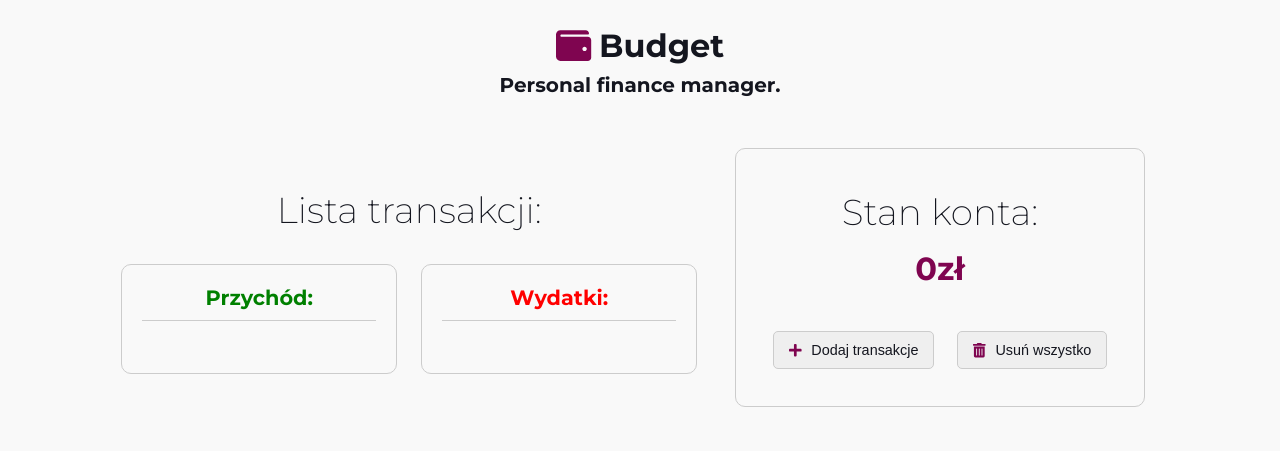
Repository: KrzysKolo/sr_tydzien4_zad4
Page: /
An editor plug-in stored every save of this project. The page is shown before and after the next save, followed by the edit.
The browser window is 1280 px wide. The pictures show the whole page.
Some web libraries are served in a nearby version. The project was rebuilt for these pictures with package versions that can differ from the ones it lists, and the page was loaded fresh each time. Also part of the build but not shown: src/components/budgetComponents/formComponents/Header.js, src/components/budgetComponents/formComponents/ErrorMessage.js, src/components/budgetComponents/formComponents/Input.js, src/components/budgetComponents/formComponents/Select.js.

Above is the page before, as saved 2020-12-03 22:05:48.

### public/index.html
<!DOCTYPE html>
<html lang="en">
  <head>
    <meta charset="utf-8" />
    <link rel="icon" href="%PUBLIC_URL%/favicon.ico" />
    <meta name="viewport" content="width=device-width, initial-scale=1" />
    <meta name="theme-color" content="#000000" />
    <meta
      name="description"
      content="Web site created using create-react-app"
    />
    <link rel="apple-touch-icon" href="%PUBLIC_URL%/logo192.png" />
    <!--
      manifest.json provides metadata used when your web app is installed on a
      user's mobile device or desktop. See https://developers.google.com/web/fundamentals/web-app-manifest/
    -->
    <link rel="manifest" href="%PUBLIC_URL%/manifest.json" />
    <!--
      Notice the use of %PUBLIC_URL% in the tags above.
      It will be replaced with the URL of the `public` folder during the build.
      Only files inside the `public` folder can be referenced from the HTML.

      Unlike "/favicon.ico" or "favicon.ico", "%PUBLIC_URL%/favicon.ico" will
      work correctly both with client-side routing and a non-root public URL.
      Learn how to configure a non-root public URL by running `npm run build`.
    -->
    <link
      href="https://fonts.googleapis.com/css?family=Montserrat:200,400,700&display=swap&subset=latin-ext"
      rel="stylesheet"
    />
    <script
      src="https://kit.fontawesome.com/327a0d490c.js"
      crossorigin="anonymous"
    ></script>
    <title>Budget</title>
  </head>
  <body>
    <noscript>You need to enable JavaScript to run this app.</noscript>
    <div id="root"></div>
    <!--
      This HTML file is a template.
      If you open it directly in the browser, you will see an empty page.

      You can add webfonts, meta tags, or analytics to this file.
      The build step will place the bundled scripts into the <body> tag.

      To begin the development, run `npm start` or `yarn start`.
      To create a production bundle, use `npm run build` or `yarn build`.
    -->
  </body>
</html>

### src/App.js
import React from 'react';
import Budget from './components/Budget'

const App = () => {
  return (
    <>
      <Budget/>
    </>
  )
}

export default App;

### src/components/Budget.js
import React from 'react';
import Header from './budgetComponents/Header';
import Section from './budgetComponents/Section';
import SectionInfo from './budgetComponents/SectionInfo';
import H2 from './budgetComponents/sectionComponents/H2';
import styled, { createGlobalStyle } from 'styled-components';

const GlobalStyle = createGlobalStyle`
    * {
        padding: 0;
        margin: 0;
        box-sizing: border-box;
    }
    body {
        background-color: #f9f9f9;
        color: #14161f;
        font-family: "Montserrat", sans-serif;
        font-size: 16px;
        min-height: 100vh;
    }
    `;
const Container = styled.main`
    font-size: 1.5rem;
`;
const SectionContainer = styled.section`
    display: flex;
    flex-direction: row;
    justify-content: center;
    align-items: center;
`;
const SectionBudget = styled.section`
    display: flex;
    flex-direction: column;
    justify-content: center;
    align-items: center;
`;
const DivItems = styled.div`
    display: flex;
    flex-direction: row;
    justify-content: center;
    align-items: center;

`;
const Budget = () => {
    return (
        <>
            <GlobalStyle />
            <Container>
                <Header />
                <SectionContainer>
                    <SectionBudget>
                        <H2 title="Lista transakcji" />
                        <DivItems>
                            <Section title="Przychód" label="p"/>
                            <Section title="Wydatki" />
                        </DivItems>
                    </SectionBudget>
                    <SectionInfo title="Stan konta"/>
                </SectionContainer>
            </Container>

        </>
    )
}

export default Budget;

### src/components/budgetComponents/Header.js
import React from 'react';
import styled from 'styled-components';
import { FontAwesomeIcon } from '@fortawesome/react-fontawesome';
import { faWallet } from '@fortawesome/free-solid-svg-icons';

const SectionHeader = styled.header`
    align-items: center;
    color: rgb(127, 5, 80);
    display: flex;
    font-size: 2.2rem;
    flex-direction: column;
    justify-content: center;
    padding: 2%;
`;
const DivHeader = styled.div`
    align-items: center;
    display: flex;
    flex-direction: row;
    justify-content: center;
    margin-bottom: 0.5rem;
`;
const H1Header = styled.h1`
    color: #14161f;
    font-size: 2rem;
    margin-left: .5rem;
`;
const H2Header = styled.h2`
    color: #14161f;
    font-size: 1.25rem;
`;
const Header = () => {
    return (
        <SectionHeader>
            <DivHeader>
                <FontAwesomeIcon icon={faWallet}/>
                <H1Header>Budget</H1Header>
            </DivHeader>
            <H2Header>Personal finance manager.</H2Header>
        </SectionHeader>
    )
}

export default Header;

### src/components/budgetComponents/Section.js
import React from 'react';
import { H1 }from './sectionComponents/index';
import Transactions from './../data/Transactions';
import styled from 'styled-components';

const SectionWrapper = styled.section`
    border: 1px solid #ccc;
    border-radius: 10px;
    display: flex;
    flex-direction: column;
    font-size: 1.3rem;
    justify-content: center;
    align-items: center;
    margin: 2%;
    padding: 20px;
    width: 300px;
`;
const Section = ({ title, label }) => {
    const transaction = Transactions.map(item => {(
        <div key={item.id}>{item.name} {item.amount}</div>)
    });
    return (
        <SectionWrapper>
           <H1 title={title} label={label} />

           {transaction}
        </SectionWrapper>
    )
}

export default Section;

### src/components/budgetComponents/SectionInfo.js
import React, { useState } from 'react';
import { H2, P } from './sectionComponents/index';
import Form from './Form';
import Button from './../budgetComponents/buttons/Button';
import styled from 'styled-components';
import { faPlus,  faTrashAlt } from '@fortawesome/free-solid-svg-icons';
const SectionWrapper = styled.section`
    border: 1px solid #ccc;
    border-radius: 10px;
    display: flex;
    flex-direction: column;
    margin: 2vw;
    padding: 2%;
`;
const ButtonWrapper = styled.div`
    display: flex;
    flex-direction: row;
`;

const SectionInfo = ({ title }) => {
    const [showForm, setShowForm] = useState(false);
    const openForm = () =>{
        setShowForm(prev => !prev);
  };
    return (
        <>
        <SectionWrapper>
           <H2 title={title}> </H2>
           <P />
           <ButtonWrapper>
                <Button onClick={openForm} title="Dodaj transakcje" icons={faPlus} />
                <Button title="Usuń wszystko" icons={faTrashAlt} type="submit"/>
           </ButtonWrapper>

        </SectionWrapper>
        <Form showForm={showForm} setShowForm={setShowForm} />
        </>
    )
}

export default SectionInfo;

### src/components/budgetComponents/sectionComponents/H2.js
import React from 'react'
import styled from 'styled-components';

const TitleH2 = styled.h2`
    font-weight: 200;
    margin: 2% auto;
    padding: 0.5rem;
`;

const H2 = ({title}) => {
    return (
        <TitleH2>
            {title}:
        </TitleH2>
    )
}

export default H2;

### src/components/budgetComponents/sectionComponents/index.js
export { default as H1 } from './H1';
export { default as H2 } from './H2';
export { default as P } from './P';

### src/components/data/Transactions.js
const SelectOptions=[
    { id: 0, category: "Przychód", name: "wynagrodzenie", amount: "350"},
    { id: 1, category: "Rachunki", name: "opłata za przedszkole", amount: "700"},

];
export default SelectOptions;

### src/components/budgetComponents/Form.js
import React, { useState } from 'react';
import { Header, Input, Select } from './formComponents/';
import Button from './buttons/Button';
import styled from 'styled-components';
import SelectOptions from './../data/SelectOptions';
import { faBusinessTime, faSave, faWindowClose } from '@fortawesome/free-solid-svg-icons';
import { useFormik } from 'formik';
import * as yup from 'yup';

const FormWrapper = styled.form`
    background-color: #f9f9f9;
    border: 4px double rgb(127, 5, 80);
    border-radius: 10px;
    box-shadow: 3px 3px 5px rgba(127, 5, 80, 0.5);
    color: rgb(127, 5, 80);
    position: fixed;
    display: flex;
    flex-direction: column;
    justify-content: center;
    align-items: center;
    padding: 10px;
    width: 20vw;
    min-width: 300px;
`;
const ButtonWrapper = styled.div`
    display: flex;
    flex-direction: row;
    justify-content: center;
    border-top: 1px solid rgba(127, 5, 80, 0.3);
    padding-top: 10px;
    margin-top: 1.4rem;
`;

const FormData = ({ showForm, setShowForm }) => {
    const initialValues  = {
        name: '',
        amount: '',
        category: -1,
    };
    const validationSchema = yup.object({
        name: yup.string().required("Required").min(3, "Musi być min 3 znaki").max(50,"Moze być max 50 znaków"),
        amount: yup.number().required("Required").min(1, "Musi być conajmniej 1 cyfra"),
        category: yup.number().required("Musi być wybrane").min(0, ).max(5),
    })
    const onSubmit = ( values, {resetForm} ) => {
        console.log('Form data', values);
        setShowMessage(true);
        resetForm();
    };
    const closeForm = () => {
        setShowForm(false);
    };
    const [ showMessage, setShowMessage ] = useState(false);
    const formik = useFormik({
        initialValues,
        validationSchema,
        onSubmit,
    });
    return (
        <>
        { showForm &&
        <FormWrapper onSubmit={formik.handleSubmit}>
            <Header icons={faBusinessTime} title={"Dodaj transakcje!"} />
            <Input type="text" label="Nazwa transakcji" name="name" placeholder="nazwa transakcji..." onChange={formik.handleChange} value={formik.values.name} onBlur={formik.handleBlur} error={formik.errors.name} message={formik.errors.name} touched={formik.touched.name} />
            <Input type="text" label="Kwota transakcji" name="amount" placeholder="kwota..." onChange={formik.handleChange} value={formik.values.amount} onBlur={formik.handleBlur} error={formik.errors.amount} message={formik.errors.amount} touched={formik.touched.amount}/>
            <Select options={SelectOptions} label="Wybierz kategorię transakcji" name="category" onChange={formik.handleChange} value={formik.values.category} onBlur={formik.handleBlur} error={formik.errors.category} message={formik.errors.category} touched={formik.touched.category}/>
            <ButtonWrapper>
                <Button type="save" title="Zapisz" icons={faSave}/>
                <Button title="Anuluj" icons={faWindowClose} type="cancel" onClick={closeForm} />
            </ButtonWrapper>
        </FormWrapper>
        }
        </>
    )
}

export default FormData;

### src/components/budgetComponents/buttons/Button.js
import React from 'react';
import styled from 'styled-components';
import { FontAwesomeIcon } from '@fortawesome/react-fontawesome';

const ButtonDiv = styled.button`
    border: 1px solid #ccc;
    border-radius: 5px;
    margin: 0.7rem;
    padding: 10px 15px;
    display: flex;
    flex-direction: row;
    align-items: center;
    color: rgb(127, 5, 80);
    font-size: 0.9rem;
    cursor: pointer;
    transition: 0.3s ease-in-out;
    &:hover {
        border: 1px solid rgba(127, 5, 80, 0.4);
        background-color:  #f9f9f9;
        color: rgba(127, 5, 80, 0.5);
    }
`;
const ButtonTitleDiv = styled.div`
    margin-left: 10px;
    color: #14161f;
`;
const Button = ({ title, icons, onClick }) => {
    return (
        <ButtonDiv onClick={onClick}>
            <FontAwesomeIcon icon={icons} />
            <ButtonTitleDiv>{title}</ButtonTitleDiv>
        </ButtonDiv>
    )
}

export default Button;

### src/components/budgetComponents/sectionComponents/H1.js
import React from 'react'
import styled from 'styled-components';

const TitleH1Styles = (label) => `
border-bottom: 1px solid #ccc;
color: ${label ? 'green' : 'red'};
margin-bottom: 2rem;
padding-bottom: 10px;
display: block;
width: 100%;
text-align: center;
`;
const TitleH1 = styled.h1`
      ${props => TitleH1Styles(props.label)}
`;

const H1 = (props) => {
    const { title, label } = props;
    return (
        <TitleH1 label={label}>
            {title}:
        </TitleH1>
    )
}

export default H1;

### src/components/budgetComponents/sectionComponents/P.js
import React from 'react';
import styled from 'styled-components';

const InfoP = styled.p`
    color: rgb(127, 5, 80);
    font-size: 2rem;
    font-weight: bold;
    width: 100%auto;
    text-align: center;
    padding-bottom: 2rem;
`;

const P = () => {
    return (
        <InfoP>
            0zł
        </InfoP>
    )
}

export default P;

### src/components/budgetComponents/formComponents/index.js
export { default as Header } from './Header';
export { default as Input } from './Input';
export { default as ErrorMessage } from './ErrorMessage';
export { default as Select } from './Select';

### src/components/data/SelectOptions.js
const SelectOptions=[
    { id: -1, value: "-1", label:"", title: 'Select...' },
    { id: 0, value: "0", label:"[+]", title: 'Przychód' },
    { id: 1, value: "1", label:"[-]", title: 'Rachunki' },
    { id: 2, value: "2", label:"[-]", title: 'Sport' },
    { id: 3, value: "3", label:"[-]", title: 'Wyżywienie' },
    { id: 4, value: "4", label:"[-]", title: 'Kultura' },
    { id: 5, value: "5", label:"[-]", title: 'Wypoczynek' },
];
export default SelectOptions;

Loaded but not shown: src/index.js (common file); src/index.css (common file)

After the next save:
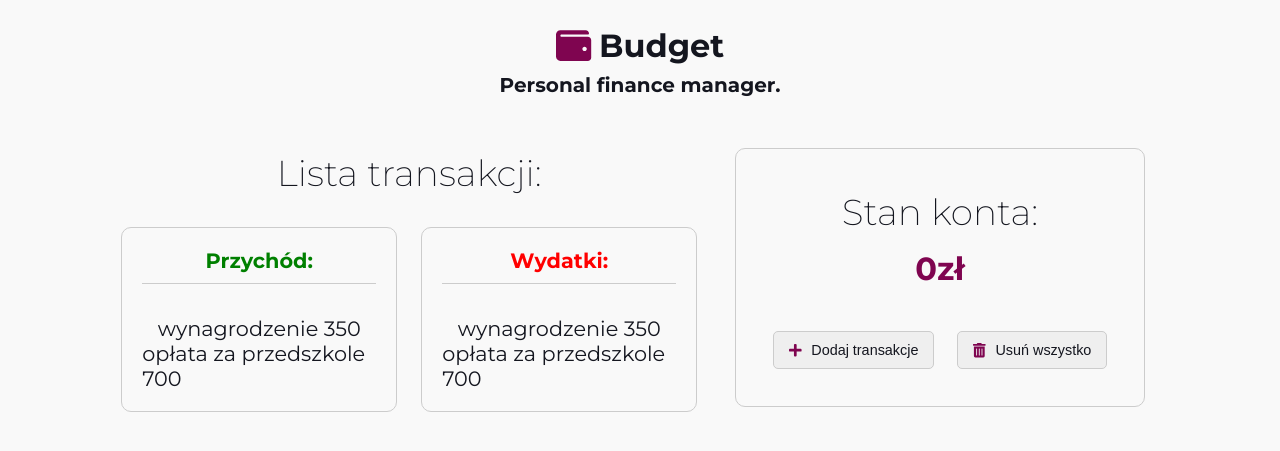
Saved 42 s later.
--- a/src/components/budgetComponents/Section.js
+++ b/src/components/budgetComponents/Section.js
@@ -16,9 +16,9 @@ const SectionWrapper = styled.section`
     width: 300px;
 `;
 const Section = ({ title, label }) => {
-    const transaction = Transactions.map(item => {(
+    const transaction = Transactions.map(item => (
         <div key={item.id}>{item.name} {item.amount}</div>)
-    });
+    );
     return (
         <SectionWrapper>
            <H1 title={title} label={label} />

After the 2 saves that followed:
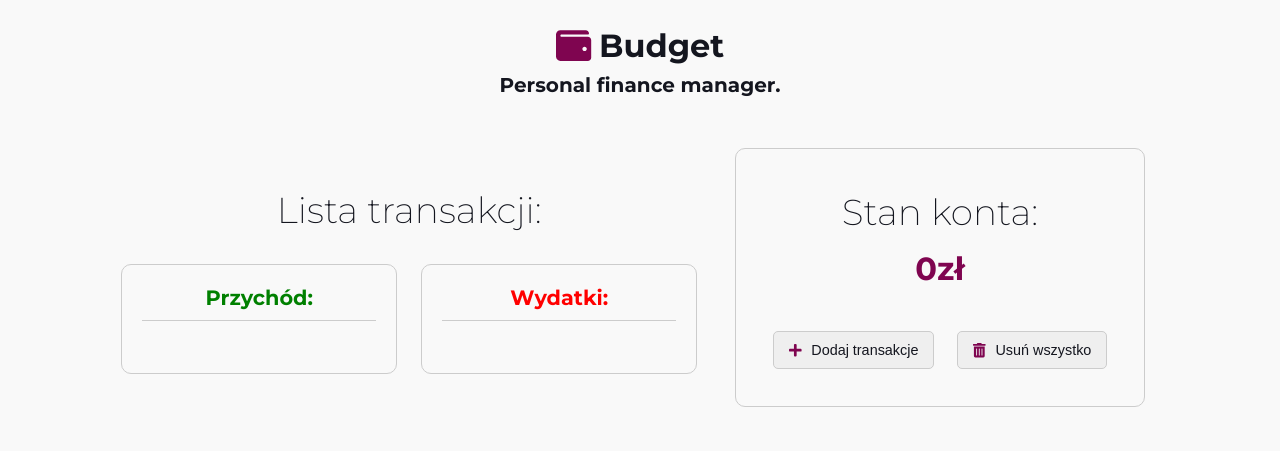
The 2 saves are shown as one change because 1 did not build or start.
The last was saved 2 min 46 s later.
--- a/src/components/budgetComponents/Section.js
+++ b/src/components/budgetComponents/Section.js
@@ -22,8 +22,7 @@ const Section = ({ title, label }) => {
     return (
         <SectionWrapper>
            <H1 title={title} label={label} />
-
-           {transaction}
+           {transaction.filter}
         </SectionWrapper>
     )
 }
